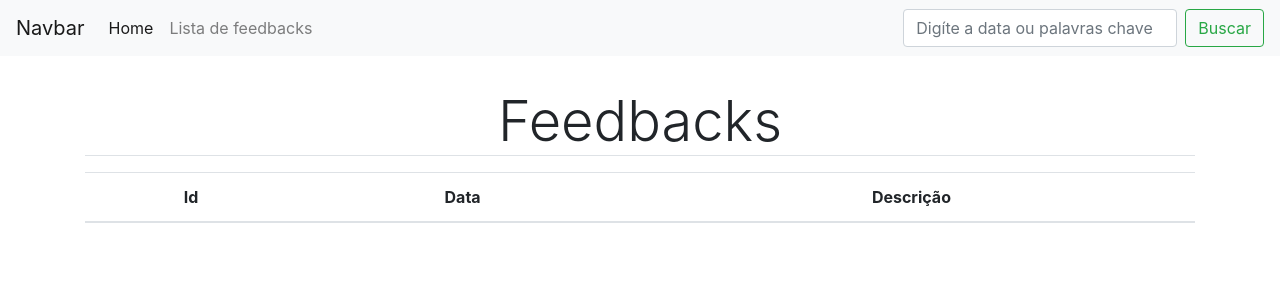
Repository: JulioSantooz/maisViagensSegundaVersao
Page: http://localhost/java-crud-mais-viagens/lista.jsp
These files come from the project's save history. The page is drawn as it stood at one moment and after the next save; the edit follows.
The browser window is 1280 px wide. The pictures show the whole page.
Some web libraries are served in a nearby version. The page is served by Tomcat 9.

Above is the page before, as saved 2022-02-06 22:52:10.

After the next save:
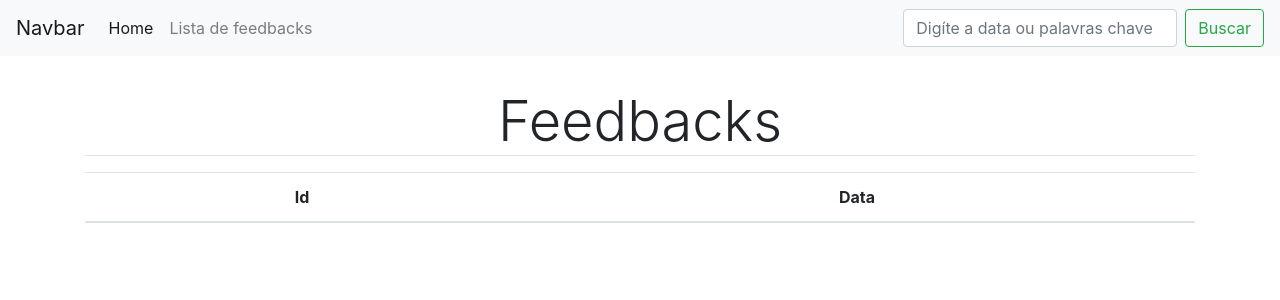
Saved 45 s later.
--- a/java-web(eclipse)/java-crud-mais-viagens/src/main/webapp/lista.jsp
+++ b/java-web(eclipse)/java-crud-mais-viagens/src/main/webapp/lista.jsp
@@ -41,7 +41,6 @@
 					<tr>
 						<th>Id</th>
 						<th>Data</th>
-						<th>Descrição</th>
 					</tr>
 				</thead>
 				<tbody>
@@ -49,7 +48,6 @@
 					<tr>
 						<td>${feedback.id_feedback}</td>
 						<td>${feedback.data}</td>
-						<td>${feedback.descricao}</td>
 						<td>
 							<a href="FeedbackDelete?feedbackId=${feedback.id_feedback}">excluir</a> |
 							<a href="FeedbackUpdate?feedbackId=${feedback.id_feedback}">atualizar</a>

After the save that followed:
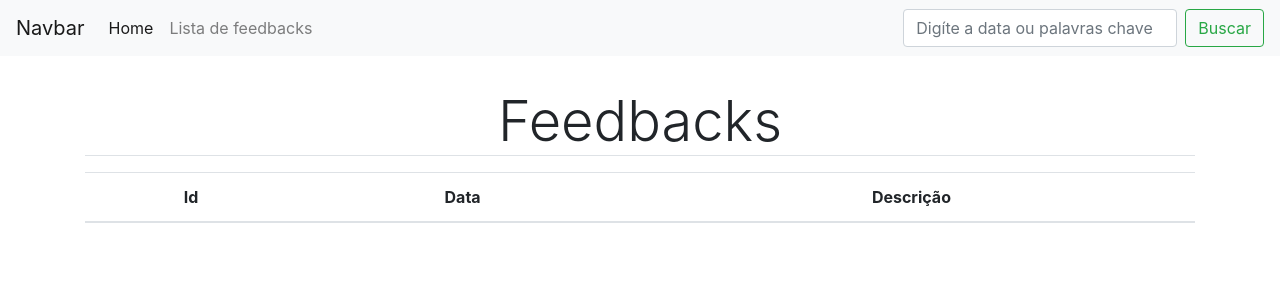
Saved 18 s later.
--- a/java-web(eclipse)/java-crud-mais-viagens/src/main/webapp/lista.jsp
+++ b/java-web(eclipse)/java-crud-mais-viagens/src/main/webapp/lista.jsp
@@ -41,6 +41,7 @@
 					<tr>
 						<th>Id</th>
 						<th>Data</th>
+						<th>Descrição</th>
 					</tr>
 				</thead>
 				<tbody>
@@ -48,6 +49,7 @@
 					<tr>
 						<td>${feedback.id_feedback}</td>
 						<td>${feedback.data}</td>
+						<td>${feedback.descricao}</td>
 						<td>
 							<a href="FeedbackDelete?feedbackId=${feedback.id_feedback}">excluir</a> |
 							<a href="FeedbackUpdate?feedbackId=${feedback.id_feedback}">atualizar</a>
